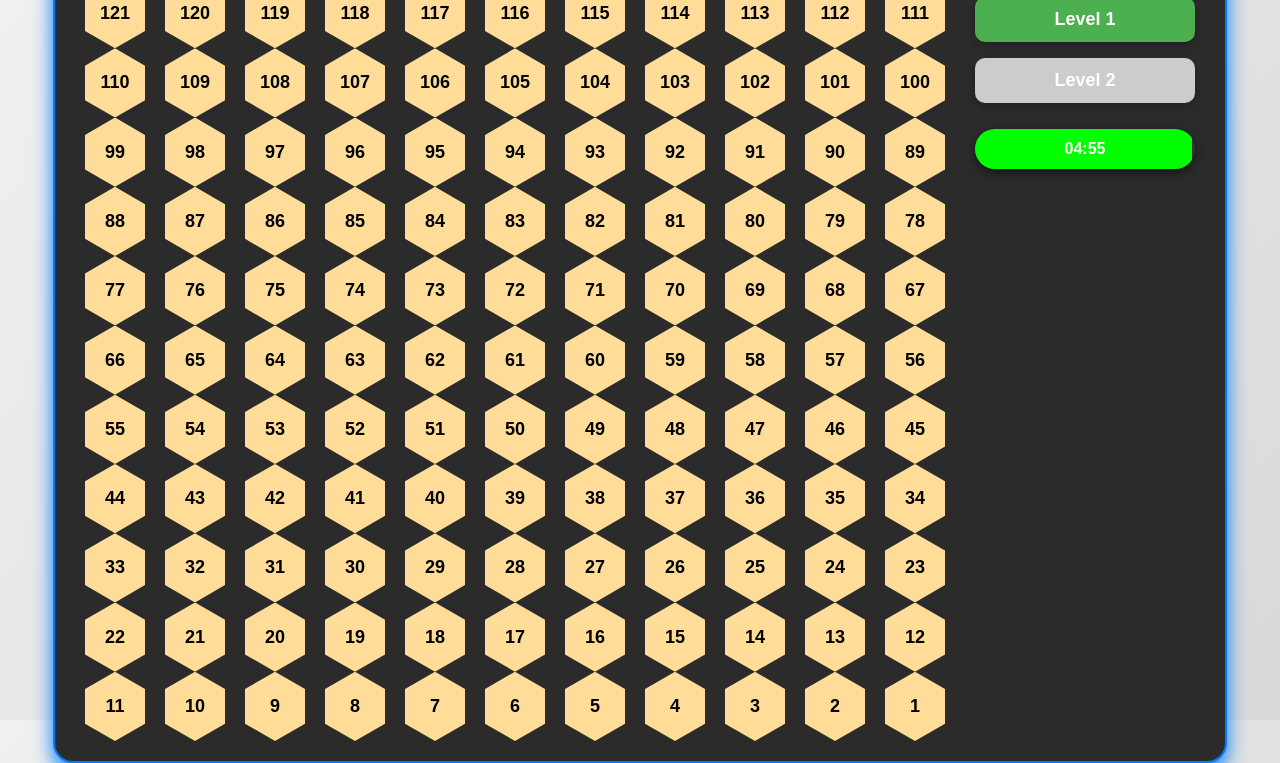
Repository: radisyah/THE_BRAIN_STORM
Page: Terrible Hunt.html
The author's editor kept a copy of each file at every save. The page is drawn from the files as they stood at one save, then again after the next save.
The browser window is 1280 px wide. The pictures show the whole page.

Above is the page before, as saved 2024-10-25 23:10:40.

After the next save:
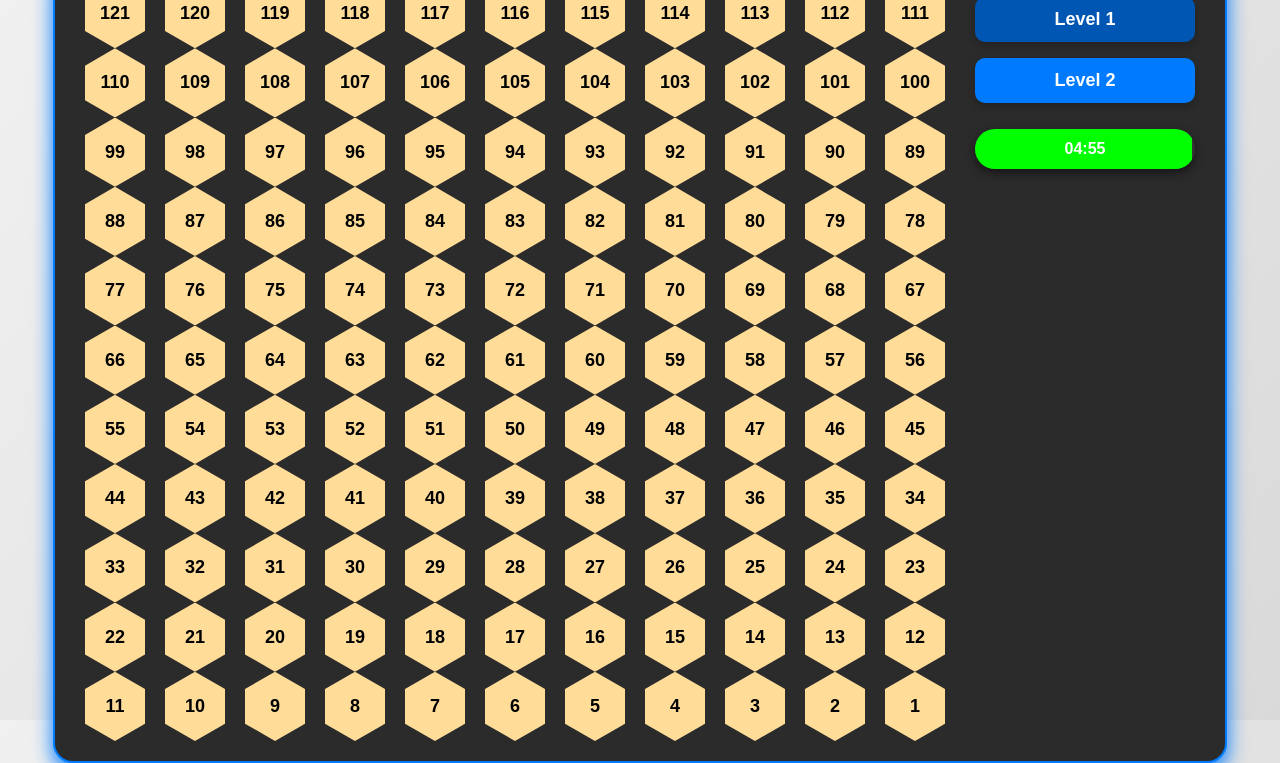
Saved 5 min 7 s later.
--- a/Terrible Hunt.html
+++ b/Terrible Hunt.html
@@ -201,8 +201,8 @@
     }
 
     function updateButtonStyles() {
-        document.getElementById('level1-btn').style.backgroundColor = currentLevel === 1 ? "#4CAF50" : "#ccc";
-        document.getElementById('level2-btn').style.backgroundColor = currentLevel === 2 ? "#4CAF50" : "#ccc";
+        document.getElementById('level1-btn').style.backgroundColor = currentLevel === 1 ? "#0056b3" : "#007bff";
+        document.getElementById('level2-btn').style.backgroundColor = currentLevel === 2 ? "#0056b3" : "#007bff";
     }
 
     function startTimer() {
